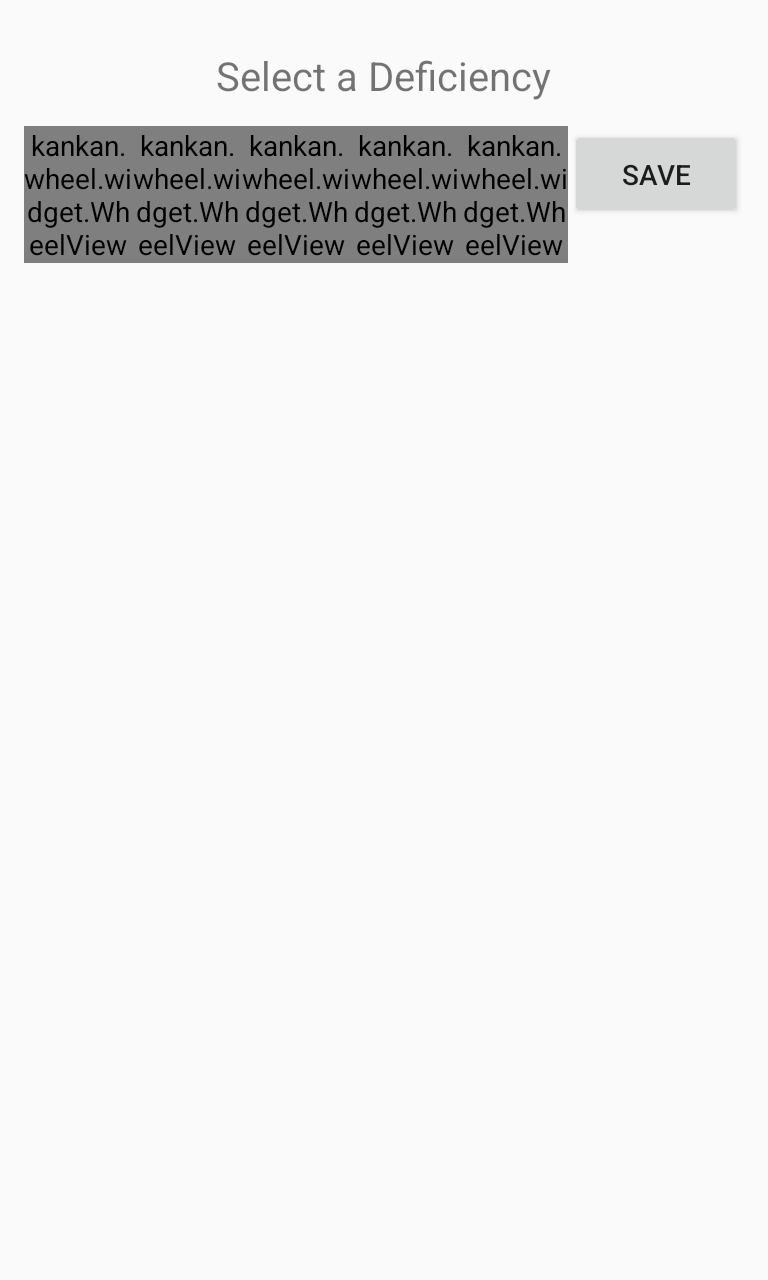
Repository: TheDizzler/shiny-octo-robot
Layout: Qdap/res/layout/fragment_def_wheel.xml
An editor plug-in stored every save of this project. The layout is shown before and after the next save, followed by the edit.
Pictures or frames that could not be fetched are drawn as grey boxes. It is drawn on a 768 x 1280 px phone screen (xhdpi) without system bars, with theme AppTheme; the app's code is not run.

Above is the layout before, as saved 2014-05-16 01:50:38.

### Qdap/res/layout/fragment_def_wheel.xml
<?xml version="1.0" encoding="utf-8"?>
<LinearLayout xmlns:android="http://schemas.android.com/apk/res/android"
    android:layout_width="fill_parent"
    android:layout_height="fill_parent"
    android:orientation="vertical" >

    <TextView
        android:layout_width="wrap_content"
        android:layout_height="wrap_content"
        android:layout_gravity="center_horizontal"
        android:layout_marginTop="24dp"
        android:text="@string/deficiency"
        android:textSize="20sp" />

    <LinearLayout
        android:layout_width="wrap_content"
        android:layout_height="wrap_content"
        android:layout_gravity="center_horizontal"
        android:layout_marginTop="8dp"
        android:orientation="horizontal"
        android:paddingLeft="12dp"
        android:paddingRight="12dp"
        android:paddingTop="4dp" >

        <kankan.wheel.widget.WheelView
            android:id="@+id/specificItem"
            android:layout_width="wrap_content"
            android:layout_height="wrap_content"
            android:layout_gravity="center_vertical"
            android:layout_weight="1" />

        <kankan.wheel.widget.WheelView
            android:id="@+id/item"
            android:layout_width="wrap_content"
            android:layout_height="wrap_content"
            android:layout_gravity="center_vertical"
            android:layout_weight="1" />

        <kankan.wheel.widget.WheelView
            android:id="@+id/verb"
            android:layout_width="wrap_content"
            android:layout_height="wrap_content"
            android:layout_gravity="center_vertical"
            android:layout_weight="1" />

        <kankan.wheel.widget.WheelView
            android:id="@+id/direction"
            android:layout_width="wrap_content"
            android:layout_height="wrap_content"
            android:layout_gravity="center_vertical"
            android:layout_weight="1" />

        <kankan.wheel.widget.WheelView
            android:id="@+id/location"
            android:layout_width="wrap_content"
            android:layout_height="wrap_content"
            android:layout_gravity="center_vertical"
            android:layout_weight="1" />

        <Button
            android:id="@+id/button1"
            android:layout_width="wrap_content"
            android:layout_height="wrap_content"
            android:text="@string/save" />
    </LinearLayout>



</LinearLayout>

### Qdap/res/values/strings.xml
<?xml version="1.0" encoding="utf-8"?>
<resources>

    <string name="app_name">Qdap - Quality Dev App</string>
    <string name="title_trade_detail">Trade Detail</string>
    <string name="title_activity_login">Login</string>
    <string name="username">User name: </string>
    <string name="password">Password: </string>
    <string name="project">Project: </string>
    <string name="login">Login</string>
    <string name="notes">Notes</string>
    <string name="checklists">Checklists</string>
    <string name="reports">Reports</string>
    <string name="photo">Photo Gallery</string>
    <string name="deficiency">Select a Deficiency</string>
    <string name="roughins">Rough-Ins</string>
    <string name="finishes">Finishes</string>
    <string name="save">Save</string>
    <string name="action_settings">Settings</string>
    <string name="title_activity_categories">Categories</string>
    <string name="title_activity_floors">Floors</string>
    <string name="title_activity_checklist">Checklist</string>
    <string name="title_activity_expandable_list_fragment">ExpandableListFragment</string>
    <string name="title_activity_floor_fragment">FloorFragment</string>
    <string name="title_activity_deficiency">Deficiency</string>

</resources>

Loaded but not shown: Qdap/res/values/styles.xml (common file); Qdap/res/values-v11/styles.xml (common file); Qdap/res/values-v14/styles.xml (common file)

After the next save:
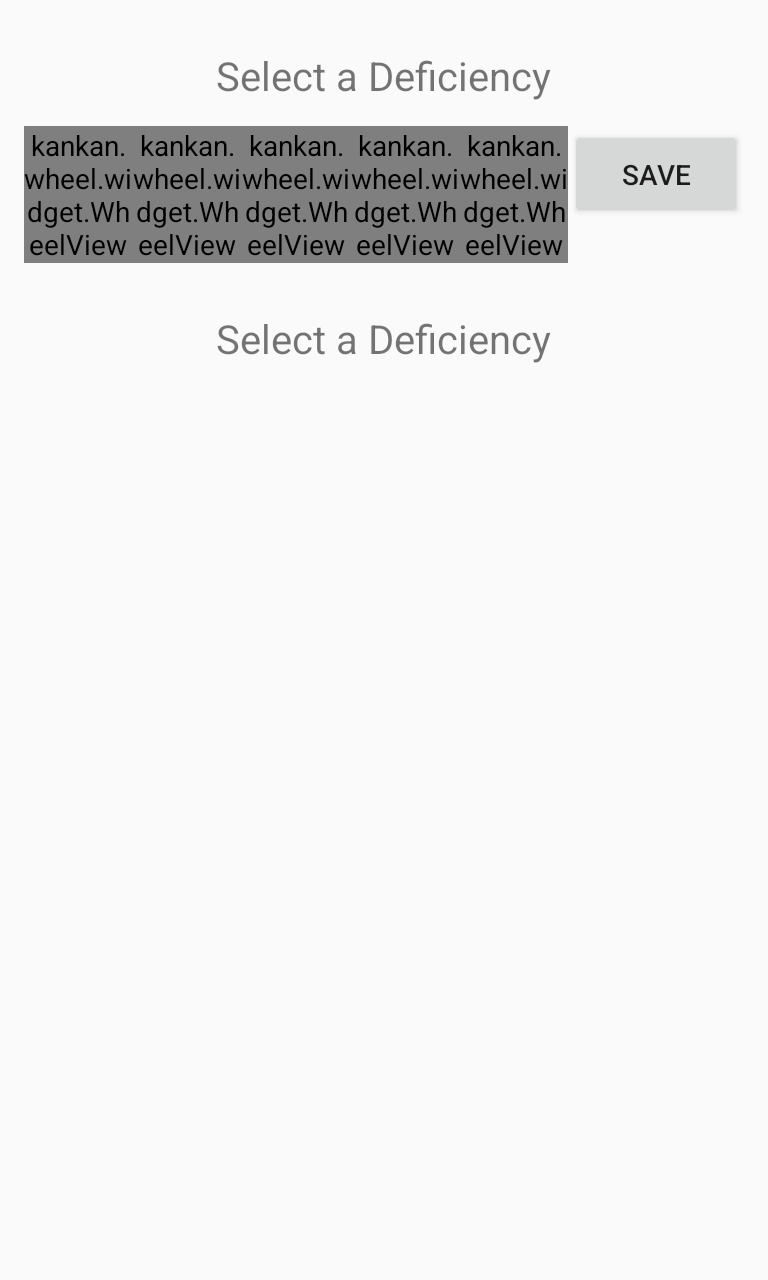
Saved 34 s later.
--- a/Qdap/res/layout/fragment_def_wheel.xml
+++ b/Qdap/res/layout/fragment_def_wheel.xml
@@ -64,6 +64,12 @@
             android:text="@string/save" />
     </LinearLayout>
 
-
+    <TextView
+        android:layout_width="wrap_content"
+        android:layout_height="wrap_content"
+        android:layout_gravity="center_horizontal"
+        android:layout_marginTop="24dp"
+        android:text="@string/deficiency"
+        android:textSize="20sp" />
 
 </LinearLayout>

After the 3 saves that followed:
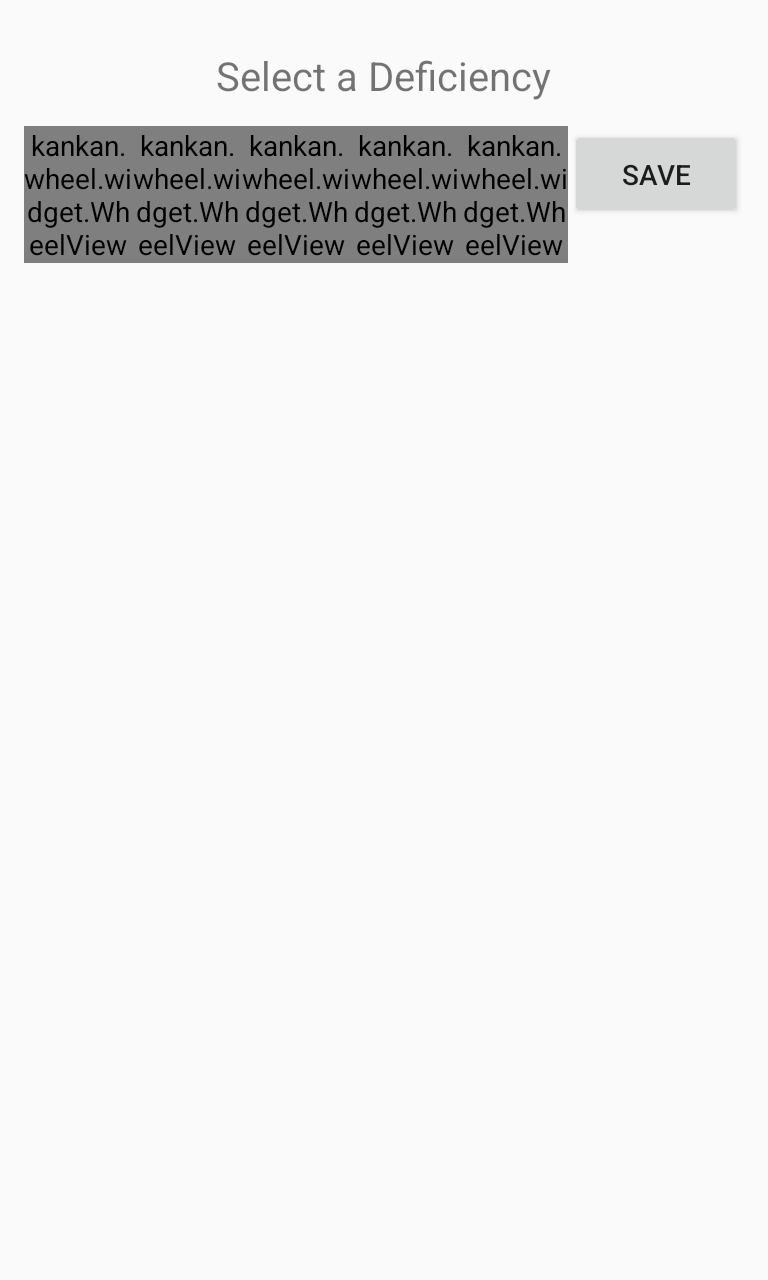
The 3 saves are shown as one change because 2 left the picture as it was.
The last was saved 57 s later.
--- a/Qdap/res/layout/fragment_def_wheel.xml
+++ b/Qdap/res/layout/fragment_def_wheel.xml
@@ -65,11 +65,11 @@
     </LinearLayout>
 
     <TextView
+        android:id="@+id/reportid_textview"
         android:layout_width="wrap_content"
         android:layout_height="wrap_content"
         android:layout_gravity="center_horizontal"
         android:layout_marginTop="24dp"
-        android:text="@string/deficiency"
         android:textSize="20sp" />
 
 </LinearLayout>
